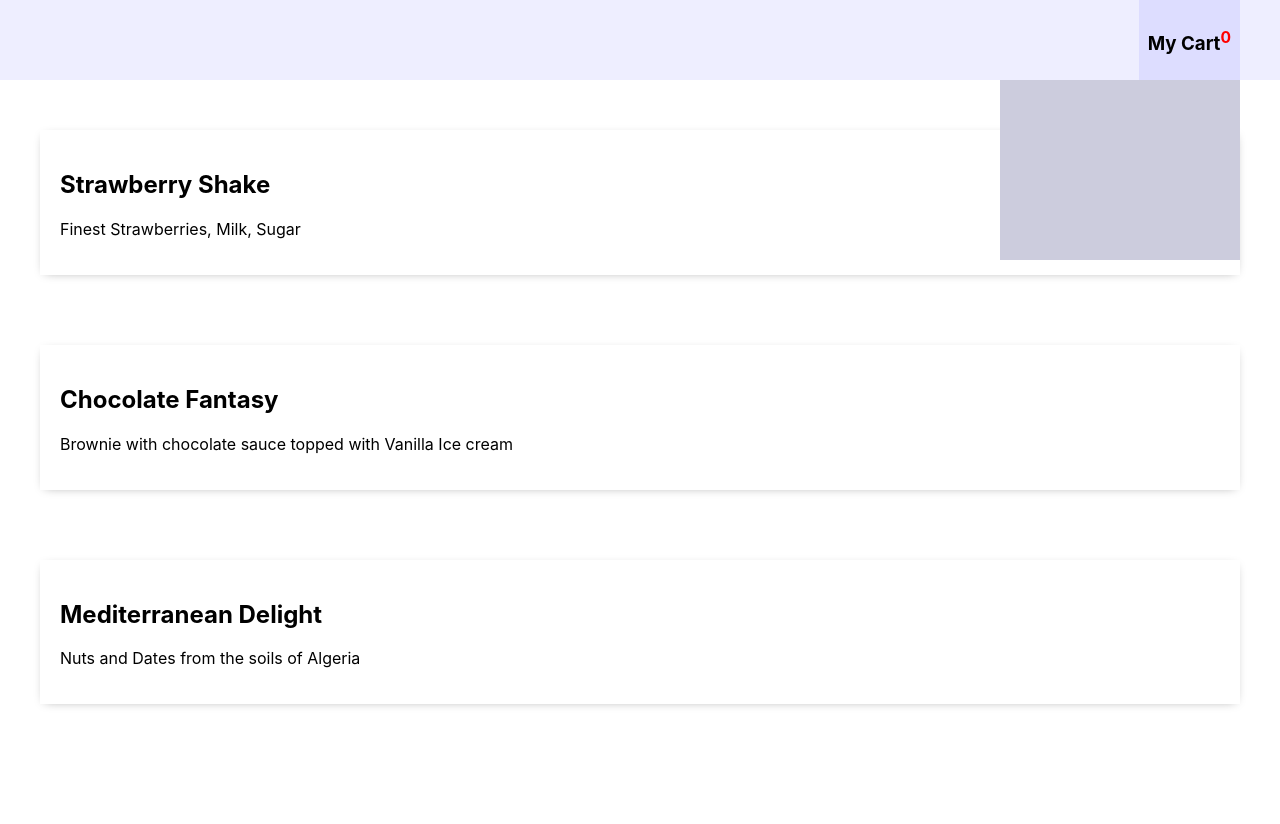
Repository: suhail-yazdan/shopping-cart-react
Page: /, after clicking the first element matching `h3`
These files come from the project's save history. The page is drawn as it stood at one moment and after a run of saves; the edit follows.
The browser window is 1280 px wide. The pictures show the whole page.
The project was rebuilt for these pictures with package versions that can differ from the ones it lists, and the page was loaded fresh each time.

Above is the page before, as saved 2023-10-09 15:00:17.

### src/App.js
import { useState } from 'react';
import './App.css';
import Card from "./Card.jsx";
import Cart from "./Cart.jsx";

function App() {
  const [displayCart, setDisplayCart] = useState(false);
  const [products, setProducts] = useState([
    {
      pid: 1,
      name: "Strawberry Shake",
      desc: "Finest Strawberries, Milk, Sugar",
      price: 149,
      quantity: 0
    },
    {
      pid: 2,
      name: "Chocolate Fantasy",
      desc: "Brownie with chocolate sauce topped with Vanilla Ice cream",
      price: 249,
      quantity: 0
    },
    {
      pid: 3,
      name: "Mediterranean Delight",
      desc: "Nuts and Dates from the soils of Algeria",
      price: 329,
      quantity: 0
    }
  ])

  const handleQuantityIncreased = (prod, e) =>{
    e.stopPropagation();
    let sProducts = [...products];
    const ind = sProducts.indexOf(prod);
    if(sProducts[ind].quantity >= 0) sProducts[ind].quantity++;
    setProducts(sProducts)
    setDisplayCart(true)
  }

  const handleQuantityDecreased = (prod, e) =>{
    e.stopPropagation();
    let sProducts = [...products];
    const ind = sProducts.indexOf(prod);
    if(sProducts[ind].quantity > 0) sProducts[ind].quantity--;
    setProducts(sProducts)
    setDisplayCart(true)
  }

  return (
    <div>
      <header>
        <div className="grid1200">
            <Cart showCart={displayCart} setShowCart={() => setDisplayCart(!displayCart)} products={products} />
        </div>
      </header>

      <main>
        <div className="grid1200">
          {products.map((product) => (
            <Card
              key = {product.pid}
              productDetail = {product}
              onQuantityIncreased = {e => handleQuantityIncreased(product, e)}
              onQuantityDecreased = {e => handleQuantityDecreased(product, e)}
            />
          ))}
        </div>
      </main>
    </div>
  );
}

export default App;

### src/App.css
main {
  padding: 50px 0px;
}

div.grid1200 {
  width: 1200px;
  margin: 0px auto;
}

header {
  height: 80px;
  background-color: #eef;
}

### src/Card.jsx
import React, { useState } from 'react'
import Counter from './Counter'
import "./cardstyle.css"

const Card = (props) => {
  const [cardSelected, setCardSelected] = useState(false)

  const getCardClass = () => {
    let cardClass = cardSelected === true ? "card selected" : "card deselected";
    return cardClass
  }

  const getOverlayState = () => {
    let overlayClass = cardSelected === true ? "overlay show" : "overlay hide";
    return overlayClass;
  };

  return (
    <div className={getCardClass()} onClick={() => setCardSelected(!cardSelected)}>
      <h2> {props.productDetail.name} </h2>
      <p>{props.productDetail.desc}</p>
      <div className={getOverlayState()}>
        <Counter
          product = {props.productDetail}
          onIncrement={props.onQuantityIncreased}
          onDecrement={props.onQuantityDecreased}
          />
      </div>
    </div>
  )
}

export default Card

### src/Cart.jsx
import "./cartstyle.css"

const Cart = (props) => {
  return (
    <div className="cart">
      <h3 onClick={props.setShowCart} className="cart">
        My Cart
        <sup className="totalItems">
          {props.products.reduce((total, product) => total + product.quantity, 0)}
        </sup>
      </h3>

      {props.showCart &&
        <div className="popup">
          <ul>
            {props.products.map(item =>(
              <li key={item.pid}>
                {item.quantity ? `${item.name}: ${item.quantity}` : ""}
              </li>
            ))}
          </ul>
        </div>
      }
    </div>
  )
}

export default Cart

### src/Counter.js
import "./counterstyle.css";

export default function Counter(props) {
    return (
      <div className="counter">
        Quantity &nbsp;
        <span className={props.product.quantity === 0 ? "badge badge-warning" : "badge badge-primary"}>
          {props.product.quantity === 0 ? "Zero": props.product.quantity}
        </span>
        &nbsp;
        <button className="btn btn-secondary" onClick={props.onIncrement}>
          +
        </button>
        <button className="btn btn-secondary" onClick={props.onDecrement}>
          -
        </button>
      </div>
    );
}

### src/cardstyle.css
.card {
  padding: 20px;
  margin-bottom: 70px;
  cursor: pointer;
  box-shadow: 0px 2px 10px -5px rgba(0, 0, 0, 0.4);
  position: relative;
}

.selected {
  background-color: rgba(220, 235, 255, 0.7);
}

.deselected {
  background-color: white;
}

.overlay {
  width: 100%;
  height: 100%;
  position: absolute;
  z-index: 20;
  top: 0px;
  left: 0px;
}

.show {
  display: block;
}

.hide {
  display: none;
}

### src/cartstyle.css
div.cart {
  padding: 9px;
  background-color: #ddf;
  float: right;
  position: relative;
  cursor: pointer;
}

div.popup {
  position: absolute;
  z-index: 200;
  width: 200px;
  height: 150px;
  padding: 15px 20px;
  background-color: #ccd;
  top: 80px;
  right: 0px;
}

.menu-on {
  display: block;
}

.menu-off {
  display: none;
}

.cart ul {
  margin: 0px;
  padding: 0px;
  list-style-type: none;
}

.cart ul li {
  line-height: 40px;
}


.totalItems{
  color: red;
}

### src/counterstyle.css
.counter {
    float: right;
    margin-top: 65px;
    margin-right: 50px;
    display: flex;
    align-items: center;
  }

  .badge {
    padding: 2px 8px;
    border-radius: 6px;
    background-color: #222;
    font-weight: bold;
  }

  .badge-primary {
    background-color: #36b;
    color: white;
  }

  .badge-secondary {
    background-color: #666;
    color: white;
  }

  .badge-warning {
    background-color: #db0;
    color: black;
  }

  .btn {
    padding: 4px 8px;
    border-radius: 3px;
    cursor: pointer;
    background-color: #222;
    color: white;
    border: none;
    margin-left: 3px;
  }

  .btn-secondary {
    background-color: #666;
  }

  .btn-danger {
    background-color: #d33;
  }

Loaded but not shown: public/index.html (common file); src/index.js (common file); src/index.css (common file); src/reportWebVitals.js (common file)

After the next 2 saves:
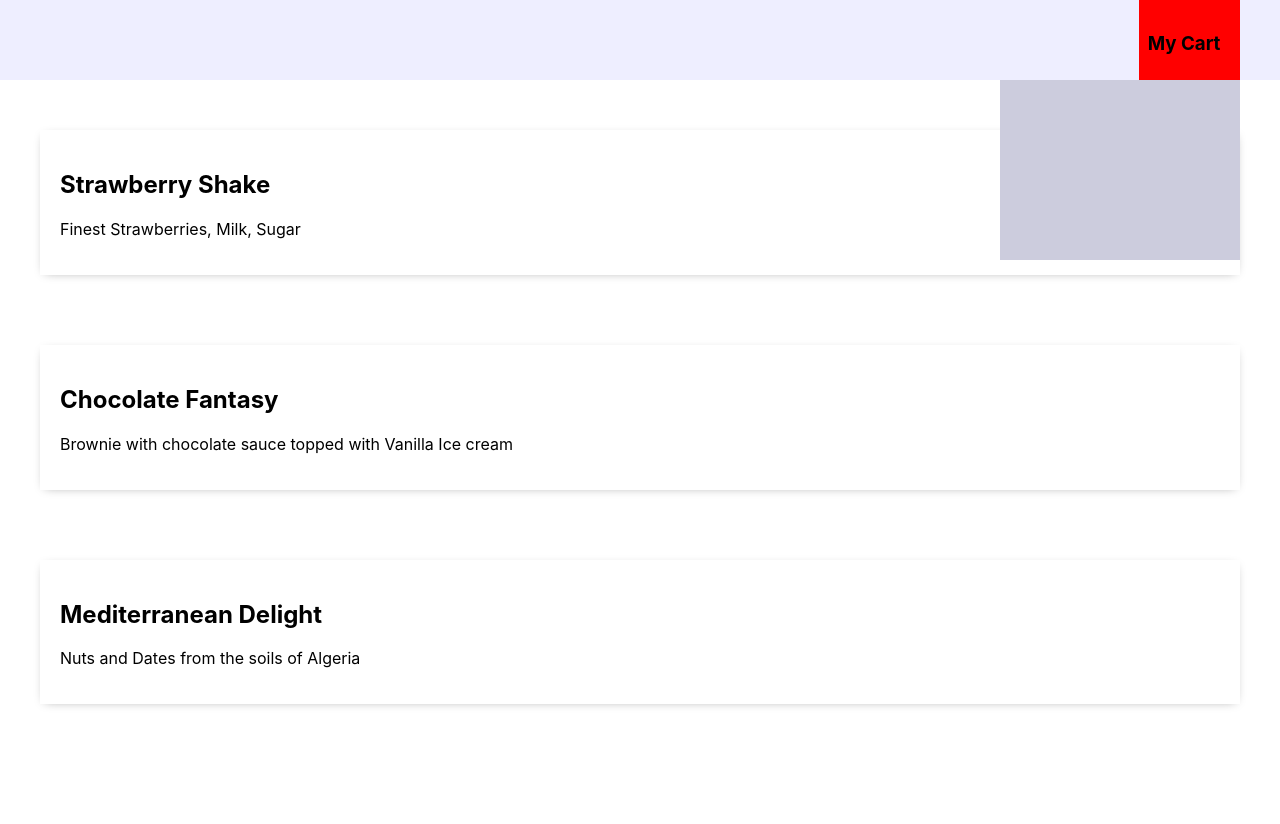
The 2 saves are shown as one change because 1 did not build or start.
The last was saved 40 s later.
--- a/src/Cart.jsx
+++ b/src/Cart.jsx
@@ -2,8 +2,8 @@
 
 const Cart = (props) => {
   return (
-    <div className="cart">
-      <h3 onClick={props.setShowCart} className="cart">
+    <div className="cart" style={{background: 'red'}}>
+      <h3 onClick={props.setShowCart}>
         My Cart
         <sup className="totalItems">
           {props.products.reduce((total, product) => total + product.quantity, 0)}

After the save that followed:
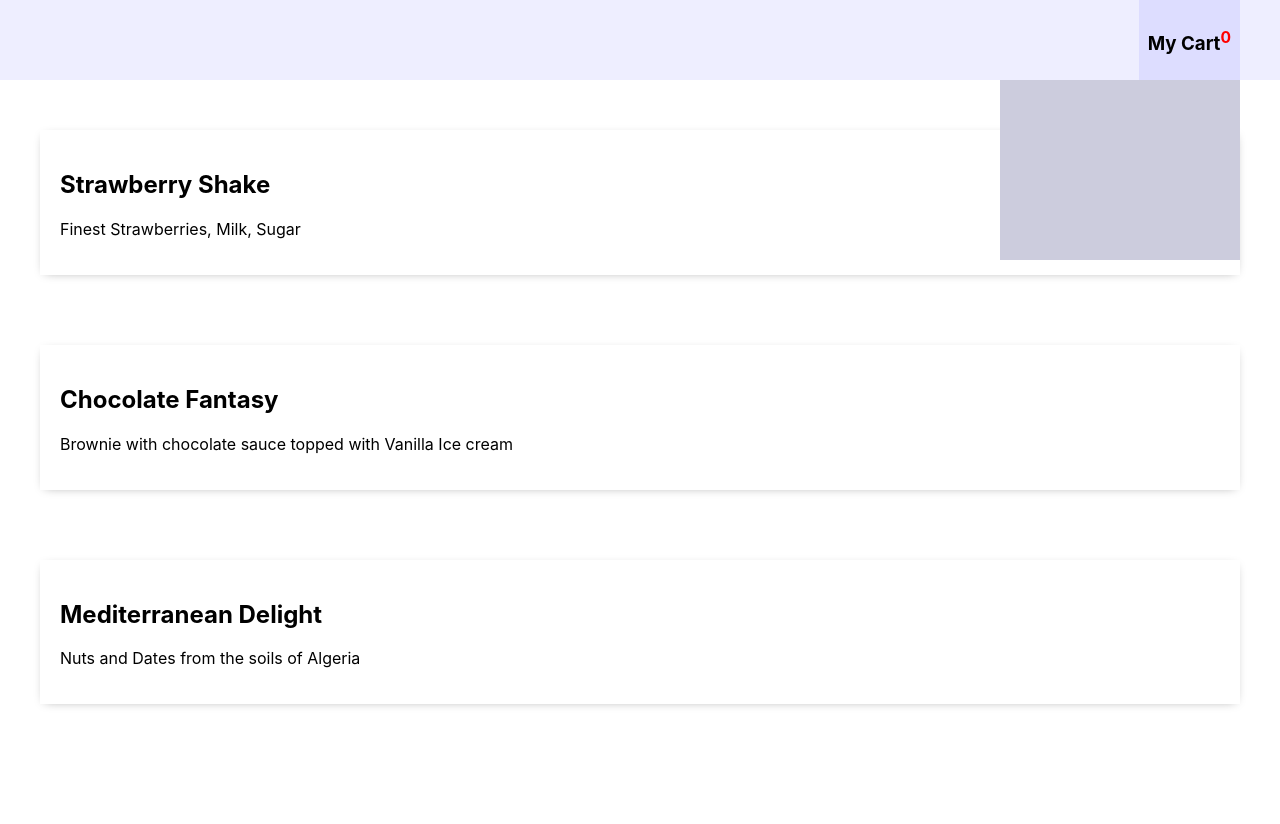
Saved 22 s later.
--- a/src/Cart.jsx
+++ b/src/Cart.jsx
@@ -2,8 +2,8 @@
 
 const Cart = (props) => {
   return (
-    <div className="cart" style={{background: 'red'}}>
-      <h3 onClick={props.setShowCart}>
+    <div className="cart" onClick={props.setShowCart}>
+      <h3 >
         My Cart
         <sup className="totalItems">
           {props.products.reduce((total, product) => total + product.quantity, 0)}
